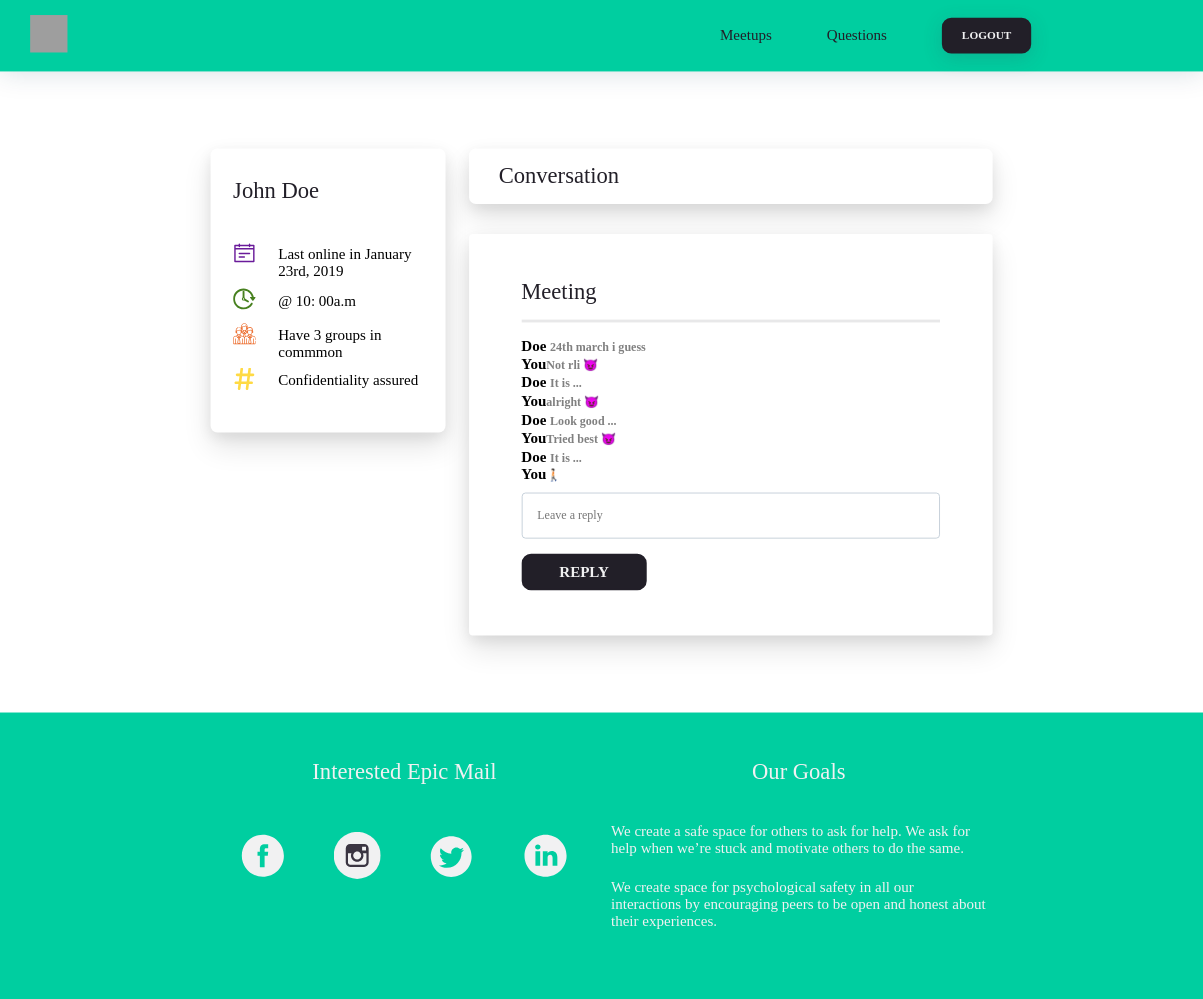
Repository: Gfreedoms/Epic-Mail
Page: pages/individual-messages.html
The author's editor kept a copy of each file at every save. The page is drawn from the files as they stood at one save, then again after the next save.
The browser window is 1280 px wide. The pictures show the whole page, at 94% of full size.
Pictures or frames that could not be fetched are drawn as grey boxes. Some web fonts or font styles are not loaded; a fallback is used.

Above is the page before, as saved 2019-02-28 06:49:05.

### pages/individual-messages.html
<!DOCTYPE html>
<html lang="en">

<head>
	<meta charset="UTF-8">
	<meta name="viewport" content="width=device-width, initial-scale=1.0">
	<meta http-equiv="X-UA-Compatible" content="ie=edge">
	<link rel="apple-touch-icon" sizes="180x180" href="../assets/favicon/apple-touch-icon.png">
	<link rel="icon" type="image/png" sizes="32x32" href="../assets/favicon/favicon-32x32.png">
	<link rel="icon" type="image/png" sizes="16x16" href="../assets/favicon/favicon-16x16.png">
	<link rel="manifest" href="../assets/favicon/site.webmanifest">
	<link rel="mask-icon" href="../assets/favicon/safari-pinned-tab.svg" color="#5bbad5">
	<meta name="msapplication-TileColor" content="#da532c">
	<meta name="theme-color" content="#ffffff">
	<link rel="stylesheet" href="../styles/base.css">
	<link rel="stylesheet" href="../styles/format.css">
	<link rel="stylesheet" href="../styles/questions.css">
	<title>View Groups| Epic Mail - ANDELA BOOTCAMP</title>
</head>

<body>
	<!-- Navigation Section Starts -->
	<section id="navigation">
		<nav class="navbar">
			<a href="../" id="nav-brand">
				<img src="../assets/imgs/logo.svg" alt="">
			</a>
			<ul class="nav-menu">
				<li class="visibility"><a class="hover-t" href="./login.html">Login</a></li>
				<li><a class="hover-t" href="./meetup.html">Meetups</a></li>
				<li><a class="hover-t" href="./questions.html">Questions</a></li>
				<li><a class="reg-btn box-sh-dark hover-lg" href="../">Logout</a></li>
			</ul>
			<a id="menu" href="">
				<img src="../assets/imgs/menu.svg" alt="">
			</a>
		</nav>
	</section>
	<!-- Navigation Section Ends -->

	<!-- SideBar Nav -->
	<ul id="sidebar" class="navbar-side side-hidden">
		<li><a href="./meetup.html">Meetups</a></li>
		<li><a href="./questions.html">Questions</a></li>
		<li><a class="" href="../">Logout</a></li>
	</ul>
	<!-- End SideBar Nav -->
	<div id="details" class="container ptb-5 mauto">
		<div class="side">
			<div class="content card">
				<h3 class="md-text">John Doe</h3>
				<ul class="list-items">
					<li>
						<img src="../assets/imgs/icons/calendar.svg" alt="">
						<span> Last online in January 23rd, 2019</span>
					</li>

					<li>
						<img src="../assets/imgs/icons/time.svg" alt="">
						<span> @ 10: 00a.m</span>
					</li>
					<li>
						<img src="../assets/imgs/icons/people.svg" alt="">
						<span>Have 3 groups in commmon</span>
					</li>
					<li>
						<img src="../assets/imgs/icons/hastag.svg" alt="">
						<span>Confidentiality assured</span>
					</li>
				</ul>
			</div>
		</div>

		<div id="questions">
			<div class="header questions card">
				<h3 class="md-text title">Conversation</h3>
			</div>
			<div class="questions card-lg hover-lg">
				<div class="content pall-1">
					<h3 class="md-text title f-bold">Meeting</h3>
					<div class="divider"></div>

					<div class="comments">
						<p class="sm-text sm ">Doe <span>24th march i guess</span> </p>
						<p class="sm-text sm ">You<span>Not rli 😈</span> </p>
                        <p class="sm-text sm ">Doe <span>It is ...</span> </p>
                        <p class="sm-text sm ">You<span>alright 😈</span> </p>
                        <p class="sm-text sm ">Doe <span>Look good ...</span> </p>
                        <p class="sm-text sm ">You<span>Tried best 😈</span> </p>
						<p class="sm-text sm ">Doe <span>It is ...</span> </p>
						<p class="sm-text sm ">You<span>🚶🏻</span> </p>
					</div>

					<div class="input">
						<textarea name="comment" cols="auto" rows="1" placeholder="Leave a reply"></textarea>
						<a href="./meetup.html" class="btn">Reply</a>
					</div>
				</div>
			</div>

		</div>
	</div>

	<footer class="bg-secondary">
		<div class="container">
			<div class="info-about">
				<h3 class="md-text">Interested Epic Mail</h3>
				<div class="social-links">
					<a href="#!"><img src="../assets/imgs/icons/facebook.svg" alt=""></a>
					<a href="#!"><img src="../assets/imgs/icons/instagram.svg" alt=""></a>
					<a href="#!"><img src="../assets/imgs/icons/twitter.svg" alt=""></a>
					<a href="#!"><img src="../assets/imgs/icons/linkedin.svg" alt=""></a>
				</div>
			</div>
			<div class="additional-info">
				<h3 class="md-text">Our Goals</h3>
				<p class="sm-text sm ">
					We create a safe space for others to ask for help.
					We ask for help when we’re stuck and motivate others to do the same.
				</p>
				<p class="sm-text sm ">
					We create space for psychological safety in all our interactions by encouraging peers to be open and honest about
					their experiences.
				</p>
			</div>
		</div>
	</footer>
	<script src="../scripts/index.js"></script>
</body>

</html>

### styles/base.css
@import url('./fonts.css');

* {
	margin: 0;
	padding: 0;
	box-sizing: border-box;
}

a {
	color: #221F28;
	text-decoration: none;
}

.q-actions {
    display: block;
    margin: 20px 0;
    height: auto;
}

#navigation {
	z-index: 1;
	background: #00cea0;
	/* background: #F1F1F2; */
	width: 100%;
	height: auto;
	padding: 1rem 2rem;
	box-shadow: 0 0 30px rgba(7, 51, 84, .17);
	-webkit-box-shadow: 0 0 30px rgba(7, 51, 84, .17);
	-moz-box-shadow: 0 0 30px rgba(7, 51, 84, .17);
}

#nav-brand img {
    height: 40px;
    width: 40px;
}

.navbar {
	display: grid;
	grid-template-columns: 20% 40%;
	grid-gap: 30%;
	align-items: center;
}

.navbar-side {
	height: 100%;
	background: #F1F1F2;
	position: absolute;
	z-index: 9999;
	width: 350px;
	/* box-shadow: 9px -1px 29px 1px; */
	box-shadow: 13px 0px 22px -10px rgba(35, 31, 41, 0.44);
	padding: 20px;
	list-style-type: none;
}

.navbar-side li {
	padding: 20px 10px;
}

.navbar-side li:hover {
	background: #221F28;
	color: #F1F1F2;
}

.navbar-side li:hover>a {
	color: #F1F1F2;
}

.navbar-side a {
	font-family: 'Circular-Book';
}

.navbar-side a:hover {
	color: #F1F1F2;
}

.side-hidden {
	margin-left: -390px;
	transition: all 0.3s ease-out;
}

.side-active {
	margin-left: 0px;
	transition: all 0.3s ease-in;
}

.nav-menu {
	list-style-type: none;
	display: flex;
	align-items: center;
}

.nav-menu li {
	justify-content: center;
	flex: auto;
	display: flex;
}

.nav-menu a {
	text-decoration: none;
}

.reg-btn {
	background: #221F28;
	color: #F1F1F2;
	padding: 0.8rem 1.2rem;
	line-height: 9px;
	font-weight: 600;
	text-transform: uppercase;
	font-size: 12px;
	border-radius: 10px;
	-webkit-border-radius: 10px;
	-moz-border-radius: 10px;
	display: block;
	transition: all .5s ease;
	-webkit-transition: all .5s ease;
	-moz-transition: all .5s ease;
	border: 2px solid #221F28;
}

.btn {
	background: #221F28;
	color: #F1F1F2;
	padding: 1.5rem 1rem;
	line-height: 9px;
	font-weight: 600;
	text-transform: uppercase;
	font-size: 1.5rem;
	border-radius: 10px;
	-webkit-border-radius: 10px;
	-moz-border-radius: 10px;
	display: block;
	transition: all .5s ease;
	-webkit-transition: all .5s ease;
	-moz-transition: all .5s ease;
	border: 2px solid #221F28;
	text-align: center;
}

.cta-btn {
	background: #F1F1F2;
	color: #221F28;
	font-family: 'Circular-Bold';
	margin: 2rem 0;
	padding: 0.8rem 1.2rem;
	line-height: 2rem;
	font-size: 2rem;
	font-weight: 600;
	text-transform: uppercase;
	font-size: 1rem;
	border-radius: 10px;
	-webkit-border-radius: 10px;
	-moz-border-radius: 10px;
	transition: all .5s ease;
	-webkit-transition: all .5s ease;
	-moz-transition: all .5s ease;
	border: 2px solid #F1F1F2;
}

.btn.sm {
	width: 40%
}

.box-sh-dark {
	-webkit-box-shadow: 0 5px 20px rgba(51, 73, 90, .2);
	box-shadow: 0 5px 20px rgba(51, 73, 90, .2);
}

#section-hero {
	padding-top: 130px;
	padding-bottom: 130px;
	background-color: #393541;
	background-image: url("data:[embedded picture, 478 characters]");
	background-attachment: fixed;
	background-size: cover;
	background-repeat: no-repeat;
	background-position: 50%;
	min-height: 600px;
	position: relative;
	width: 100%;
	display: flex;
	align-items: CENTER;
}

/* @media screen and (max-width:1680px) {} */

@media screen and (min-width: 1680px) {
	.rsvp span {
		padding: 1rem 1.4rem !important;
		color: white !important;
		border-radius: 6px !important;
		cursor: pointer !important;
	}

	.nav-menu a.hover-t {
		font-size: 1.7rem !important;
	}

	.meetups span {
		font-size: 1.4rem !important;
	}

	.m1 {
		margin-top: 3rem !important;
		margin-bottom: 0.6rem !important;
	}

	#section-hero {
		background-position: 50%;
	}

	.nav-menu a.hover-t {
		font-size: 1.3rem;
	}

	.nav-menu a {
		text-decoration: none;
		font-size: 1.1rem;
	}

	.reg-btn {
		padding: 1.5rem 1.6rem 1.5rem;
	}

	.bg-text {
		font-size: 4rem !important;
	}

	.md-text {
		font-size: 2.2rem !important;
		margin-bottom: 1rem !important;
	}

	.sm-text {
		font-size: 1.5rem !important;
	}
}

.container {
	width: 75%;
	margin: 0 auto;
}

.w-sm {
	width: 80% !important;
}

.w-md {
	width: 60% !important;
}

.w-lg {
	width: 40% !important;
}

.hero-text {
	height: 100%;
}

.bg-text,
.md-text,
.sm-text {
	color: #F1F1F2;
}

.bg-text {
	margin-bottom: 1.5rem;
	font-family: 'Circular-Bold';
	font-weight: 700;
	font-size: 3rem;
}

.md-text {
	margin-bottom: 2rem;
	font-family: 'Circular-Book';
	font-weight: 400;
	font-size: 1.5rem;
}

.sm-text {
	margin-bottom: 1.5rem;
	font-family: 'Circular-Light';
	font-weight: 400;
	font-size: 1rem;
}

.info-section,
.info-platform,
.info-expl {
	padding: 3rem 0;
	min-height: 50%;
}

.info-section,
.info-expl {
	background: #F1F1F2;
}

.info-platform {
	background: #C5CFD9;
}

.info-section .container,
.info-platform .container,
.info-expl .container {
	display: grid;
	grid-template-columns: 1fr 1fr;
	/* padding: 50px; */
}

.side {
	margin-top: 2rem;
	margin-bottom: 2rem;
	position: relative;
}

.info-section p,
.info-section h3,
.info-platform p,
.info-platform h3,
.info-expl p,
.info-expl h3 {
	color: #221F28;
}

.bg-primary {
	background: #221F28;
}

.bg-secondary {
	background: #00cea0;
}

.info-desc {
	flex: 1;
	align-items: center;
	display: flex;
	flex-direction: column;
	justify-content: center;
}

.info-action {
	text-align: center;
}

.card {
	border-radius: .45rem;
	background: #ffffff;
	box-shadow: 0 15px 30px 0 rgba(0, 0, 0, .11), 0 5px 15px 0 rgba(0, 0, 0, .08);
}

.card-lg {
	border-radius: .25rem;
	background: #ffffff;
	box-shadow: 0 15px 30px 0 rgba(0, 0, 0, .11), 0 5px 15px 0 rgba(0, 0, 0, .08);
}

.mauto {
	margin-left: auto;
	margin-right: auto;
}

.m4 {
	margin-top: 5rem;
	margin-bottom: 5rem;
}

.m3 {
	margin-top: 3rem;
	margin-bottom: 3rem;
}

.m2 {
	margin-top: 2rem;
	margin-bottom: 2rem;
}

.m1 {
	margin-top: 0.6rem;
	margin-bottom: 0.6rem;
}

.p4 {
	padding-top: 5rem;
	padding-bottom: 5rem;
}

.p3 {
	padding-top: 3rem;
	padding-bottom: 3rem;
}

.p2 {
	padding-top: 2rem;
	padding-bottom: 2rem;
}

.p1 {
	padding-top: 0.6rem;
	padding-bottom: 0.6rem;
}

.t-al {
	text-align: center !important;
}

form label {
	font-weight: 600;
	text-transform: uppercase;
	font-size: 0.8rem;
	font-family: 'Circular-Book';
}

form .reg-btn {
	text-align: center;
}

#login-form {
	width: 350px;
}

#login-form h3,
#q-wrapper h3 {
	color: #221F28;
	text-transform: uppercase;
	font-weight: 800;
	text-align: center;
	/* border-bottom: 4px solid #221F28; */
}

.input {
	display: grid;
	grid-template-columns: 1fr;
	margin-top: 10px;
}

.input input {
	padding-left: 1rem;
	padding-right: 1rem;
	font-family: 'Circular-Light';
	font-size: 0.8rem;
	border: 1px solid #C5CFD9;
	background: #ffffff;
}

.input textarea {
	padding-left: 1rem;
	padding-right: 1rem;
	font-family: 'Circular-Light';
	font-size: 0.8rem;
	border: 1px solid #C5CFD9;
	background: #ffffff;
}

.input select {
	border: 1px solid #C5CFD9;
	padding: 0.4rem 0.5rem;
	height: 2rem;
}

.b-rsm {
	border-radius: 8px;
}

#menu {
	display: none;
}

#menu img {
	height: 30px;
}

img {
	height: 15rem;
	width: auto;
}

footer {
	padding: 50px 10px;
}

footer .container {
	display: grid;
	grid-template-columns: 1fr 1fr;
	/* margin-bottom: 50px; */
	grid-gap: 20px;
}

footer h3 {
	/* padding-bottom: 1rem; */
	/* border-bottom: 4px solid #F1F1F2; */
	text-align: center;
}

.social-links {
	display: grid;
	grid-template-columns: 1fr 1fr 1fr 1fr;
	margin-top: 50px;
}

.social-links img {
	height: 50px;
}

.social-links a {
	text-align: center;
}

.info-about h3 {
	margin-bottom: 0 !important;
}

.b-danger {
	background: #F01D43 !important;
}

.b-mild {
	background: #80808094 !important;
	color: #ffffff !important;
}

.b-success {
	background: #00cea0 !important;
}

.b-wicked {
	background: #ff003b !important;
}

/*
.b-wicked {
	background: #6a1b9a !important;
} */

.header {
	display: grid;
	grid-template-columns: 1fr 1fr;
	align-items: center;
}

.hover-t:hover {
	color: purple;
}

.hover-lg:hover {
	cursor: pointer;
	transform: scale(1.009, 1.009);
	-webkit-box-shadow: 2px 2px 20px 0px rgba(128, 128, 128, 0.74);
	-moz-box-shadow: 2px 2px 20px 0px rgba(128, 128, 128, 0.74);
	box-shadow: 2px 2px 20px 0px rgba(128, 128, 128, 0.74);
	transition: all 0.8s cubic-bezier(0.165, 0.84, 0.44, 1);
}

.visibility {
	visibility: hidden;
}

/* MEDIA QUERIES */
@media all and (max-width: 850px) {
	.navbar {
		grid-template-columns: 20% 60%;
		grid-gap: 20%;
	}
}

@media all and (max-width: 850px) {
	.nav-menu {
		display: none;
	}

	#menu {
		display: block;
		text-align: right;
	}
}

@media all and (max-width: 1050px) {
	.navbar {
		grid-template-columns: 20% 60%;
		grid-gap: 20%;
	}
}

@media all and (max-width: 350px) {
	img {
		height: 12rem;
		width: auto;
	}

	.social-links img {
		height: 40px;
	}
}

@media all and (max-width: 670px) {
	.social-links {
		margin-top: 25px;
	}

	.info-about {
		margin-bottom: 25px;
	}

	.nav-menu {
		flex-wrap: wrap;
	}

	.nav-menu>li {
		flex-basis: 50%;
	}

	.info-section .container,
	.info-platform .container,
	.info-expl .container {
		grid-template-columns: 1fr;
	}

	footer .container {
		grid-template-columns: 1fr;
		grid-gap: 10px;
	}
}

@media all and (max-width: 400px) {
	.nav-menu>li {
		flex-basis: 100%;
	}

	.intro a {
		width: 100% !important;
	}

	.btn {
		background: #221F28;
		color: #F1F1F2;
		padding: 0.8rem 1rem;
		line-height: 9px;
		font-weight: 600;
		text-transform: uppercase;
		font-size: 1rem;
		border-radius: 10px;
	}
}

@media all and (min-width: 576px) {
	.hide-lg {
		display: none !important;
	}
}

@media all and (max-width: 576px) {
	.hide-sm {
		display: none !important;
	}
}

@media all and (max-width: 450px) {
	.container {
		width: 80%;
	}

	#login-form {
		width: auto;
	}
}

@media all and (max-width: 400px) {
	.hero-text {
		top: 40%;
		width: 70%;
		left: 10%;
	}

	.md-text {
		font-family: 'Circular-Book';
		margin-bottom: 1rem;
		font-weight: 100;
		font-size: 1.2rem;
	}

	form label {
		font-family: 'Circular-Light';
	}

	.f-bold {
		font-family: 'Circular-Book' !important;
	}

	.bg-text {
		margin-bottom: 1.3rem;
		font-family: 'Circular-Book';
		font-weight: 400;
		font-size: 2rem;
	}

	.cta-btn {
		font-size: 0.7rem;
		padding: 0.4rem 1rem;
	}
}

@media (min-width: 576px) {
	.w-auto {
		width: 75% !important;
	}

	.container {
		width: 85%;
	}
}

@media (min-width: 768px) {
	.w-auto {
		width: 40% !important;
	}

	.container {
		width: 85%;
	}
}

@media (min-width: 992px) {
	.w-auto {
		width: 35% !important;
	}

	.container {
		width: 70%;
	}
}

@media (min-width: 1200px) {
	.w-auto {
		width: 40% !important;
	}

	.container {
		width: 65%;
	}
}

/* END MEDIA QUERIES */

### styles/format.css
.is-danger {
	color: red;
}

.divider {
	height: 0.2rem;
	background: #221F28;
	opacity: 0.1;
	margin: 1rem auto;
	width: 100%;
}

table {
	width: 750px;
	border-collapse: collapse;
	margin: 50px auto;
}

/* Zebra striping */
tr:nth-of-type(odd) {
	background: #eee;
}

th {
	background: #221F28;
	color: white;
	font-weight: bold;
}

td,
th {
	padding: 10px;
	border: 1px solid #ccc;
	text-align: left;
	font-size: 18px;
}

@media only screen and (max-width: 760px),
(min-device-width: 768px) and (max-device-width: 1024px) {

	table {
		width: 100%;
	}

	/* Force table to not be like tables anymore */
	table,
	thead,
	tbody,
	th,
	td,
	tr {
		display: block;
	}

	thead tr {
		position: absolute;
		top: -9999px;
		left: -9999px;
	}

	tr {
		border: 1px solid #ccc;
	}

	td {
		border: none;
		border-bottom: 1px solid #eee;
		position: relative;
		padding-left: 50%;
	}

	td:before {
		position: absolute;
		/* Top/left values mimic padding */
		top: 6px;
		left: 6px;
		width: 45%;
		padding-right: 10px;
		white-space: nowrap;
		/* Label the data */
		content: attr(data-column);

		color: #000;
		font-weight: bold;
	}

	tbody tr {
		padding: 1rem;
	}
}

.m1 {
	margin-top: 0.8rem !important;
	margin-bottom: 0.8rem !important;
}

.pagination {
	text-align: center;
	margin: 2rem auto;
}

.pagination span {
	padding: 10px;
	border-radius: 2px;
	font-family: 'Circular-Book';
	font-weight: 600;
	font-size: 1rem;
	margin: 0 5px;
}

@media screen and (min-width: 1680px) {
	.reg-btn {
		padding: 1.5rem 1.6rem 1.5rem;
		font-size: 1rem;
	}

	.input {
		margin-top: 2rem;
	}

	.nav-menu a.hover-t {
		font-size: 1.4rem !important;
	}
}

### styles/questions.css
.ptb-5 {
	padding: 50px 0;
}

.pall-1 {
	padding: 1rem;
}

.highlight {
	margin: 1rem 0;
	font-style: italic;
	font-family: 'Circular-Book';
	font-weight: 400;
}

.questions {
	padding: 1rem 2rem;
	margin-top: 2rem;
	margin-bottom: 2rem;
}

.questions .md-text {
	margin-bottom: 0 !important;
}

.header.questions a {
	padding: 0.8rem 1.2rem;
	margin-bottom: 0;
	font-size: 1rem;
	text-align: right;
}

.media {
	grid-template-columns: 1fr 1fr;
	display: grid;
}

.media div {
	display: grid;
	grid-template-columns: 1fr 1fr;
	align-items: self-end;
}

#details {
	display: grid;
	grid-template-columns: 30% 67%;
	grid-gap: 3%;
}

.content {
	min-height: 30vh;
	padding: 2rem 1.5rem;
}

.content .md-text {
	color: #221F28;
	font-size: 1.2rem;
}

.list-items {
	text-decoration: none;
}

.list-items li {
	display: grid;
	grid-template-columns: 1fr 9fr;
	margin: 0.8rem 0;
}

.list-items span {
	font-family: 'Circular-Book';
	font-size: 0.8rem;
	position: relative;
	top: 5px;
	margin-left: 1.5rem;

}

.list-items img {
	height: 1.5rem;
}

.questions .img {
	height: 100px;
	border-radius: 50%;
}

.questions a>img {
	height: 1rem;
}

.questions span {
	font-weight: 600;
	font-family: "Circular-Book";
	color: grey;
	font-size: 0.7rem;
}

.questions textarea {
	border-radius: 0.25rem;
	resize: none;
	padding: 1rem;
	margin-bottom: 1rem;
}

.questions .btn {
	width: 30%;
}

.q-actions {
	display: flex;
	flex-direction: row;
	margin: 20px 0;
	height: auto;
}

.q-actions span {
	margin-right: 1rem;
}

.q-actions span a {
	margin-right: 5px;
}

.q-actions span:nth-child(2) img,
.q-actions span:nth-child(3) img {
	position: relative;
	top: 6px;
}

.title {
	color: #221F28;
}

.intro a {
	width: 30%;
}

.intro h3 {
	color: #221F28;
	margin-bottom: 1rem;
}

.comments {
	margin-bottom: 0.5rem;
}

.comments .md-text,
.comments .sm-text {
	margin-bottom: 0.1rem;
}

.comments p {
	font-weight: 600;
	font-family: "Circular-Book";
	color: inherit;
	font-size: 0.8rem;
}

.comments span {
	font-weight: 600;
	font-family: "Circular-Light";
	color: grey;
	font-size: 0.7rem;
}

a.sm-text {
	color: inherit;
	font-family: 'Circular-book';
	font-size: 0.6rem;
	letter-spacing: 0.89px;
	text-decoration: underline;
}

.btn {
	padding: 0.8rem 1rem;
	line-height: 9px;
	font-weight: 600;
	font-size: 1rem;
}

.sm-text.sm {
	font-size: 1rem !important;
}

.comments span {
	font-size: 0.8rem !important;
}

@media screen and (max-width: 480px) {
	.header.questions {
		grid-template-columns: 1fr 1fr;
	}

	.questions .md-text {
		font-size: 1.1rem !important;
	}

	.sm-text.sm {
		font-size: 0.8rem !important;
	}

	.comments span {
		font-size: 0.7rem !important;
	}

	a.sm-text {
		font-size: 0.7rem !important;
	}
}

@media screen and (min-width: 1680px) {
	.questions textarea {
		font-size: 1.3rem !important;
	}

	.questions a>img {
		height: 1.5rem;
	}

	.questions span {
		font-size: 1rem;
	}

	.sm-text.sm {
		font-size: 0.8rem !important;
	}

	.comments p {
		font-weight: 400;
	}

	.comments span {
		font-size: 0.8rem !important;
	}
}

.md-text {
	font-size: 1.5rem !important;
	margin-bottom: 2.5rem !important;
}

p.sm-text {
	font-size: 1.3rem !important;
}

.comments span {
	font-weight: 600;
	font-family: "Circular-Light";
	color: grey;
	font-size: 1rem;
}

.sm-text {
	font-size: 1.3rem !important;
}

.content.card span {
	font-size: 1rem !important;
}

@media (max-width: 576px) {
	.questions {
		grid-template-columns: 1fr;
	}

	.questions {
		padding: 1rem 1.3rem;
	}

	.content {
		min-height: 30vh;
		padding: 1.3rem 1rem;
	}

	.questions .img {
		height: 70px;
		border-radius: 50%;
	}

	.questions .btn {
		width: 50%;
	}

	.media div {
		display: grid;
		grid-template-columns: 1fr 1fr;
		align-items: self-end;
		margin-left: 0.3rem;
	}

	.questions .btn {
		width: 50%;
	}

	.intro a {
		width: 45%;
	}
}


@media (min-width: 576px) {
	.media div {
		display: grid;
		grid-template-columns: 1fr 1fr;
		/* align-items: self-end; */
		margin-left: 0.3rem;
	}

	.media {
		grid-template-columns: 1fr;
		grid-gap: 10px;
	}
}

@media screen and (max-width: 660px) {
	#details {
		grid-template-columns: 1fr;
		grid-gap: 0;
	}

	.side {
		margin-top: 0;
		margin-bottom: 0;
	}
}

### scripts/index.js
(function () {
  function togggleSidebar(e) {
    e.preventDefault();
    const sideBar = document.getElementById('sidebar');
    sideBar.classList.toggle('side-active');
    sideBar.classList.toggle('side-hidden');
  }
  const menu = document.getElementById('menu');
  menu.addEventListener('click', togggleSidebar, false);
}());

### styles/fonts.css
@font-face {
	font-family: "Circular-Light";
	src:
		url("../assets/fonts/Circular-Light.woff") format("woff");
}
@font-face {
	font-family: "Circular-Book";
	src:
		url("../assets/fonts/Circular-Book.woff") format("woff");
}
@font-face {
	font-family: "Circular-Bold";
	src:
		url("../assets/fonts/Circular-Bold.woff") format("woff");
}

* {
	font-family: 'Circular-Light';
}

After the next save:
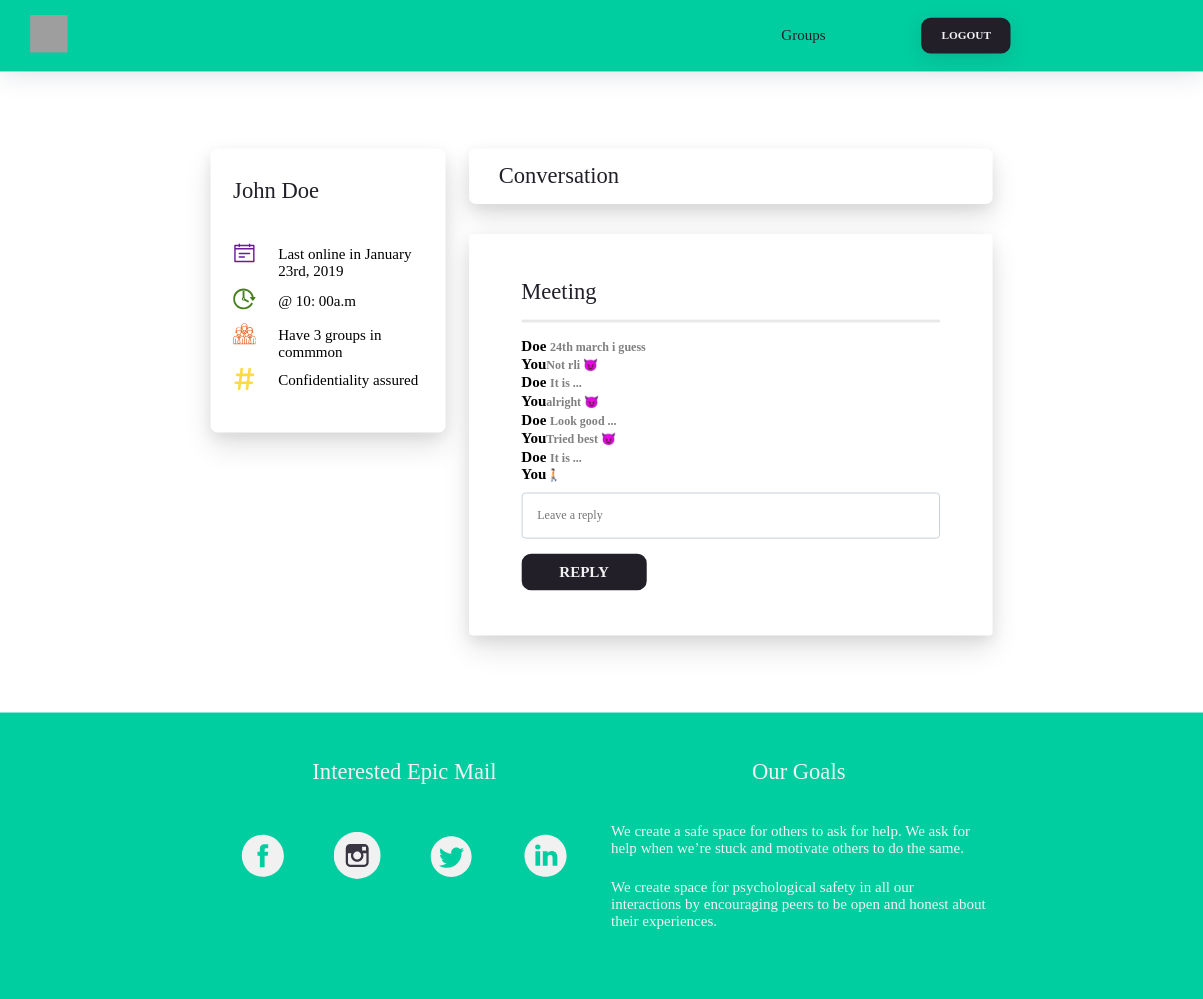
Saved 4 min 27 s later.
--- a/pages/individual-messages.html
+++ b/pages/individual-messages.html
@@ -27,8 +27,7 @@
 			</a>
 			<ul class="nav-menu">
 				<li class="visibility"><a class="hover-t" href="./login.html">Login</a></li>
-				<li><a class="hover-t" href="./meetup.html">Meetups</a></li>
-				<li><a class="hover-t" href="./questions.html">Questions</a></li>
+				<li><a class="hover-t" href="./groups.html">Groups</a></li>
 				<li><a class="reg-btn box-sh-dark hover-lg" href="../">Logout</a></li>
 			</ul>
 			<a id="menu" href="">
@@ -40,9 +39,9 @@
 
 	<!-- SideBar Nav -->
 	<ul id="sidebar" class="navbar-side side-hidden">
-		<li><a href="./meetup.html">Meetups</a></li>
-		<li><a href="./questions.html">Questions</a></li>
-		<li><a class="" href="../">Logout</a></li>
+
+		<li><a href="./questions.html">Groups</a></li>
+		<li><a class="" href="../index.html">Logout</a></li>
 	</ul>
 	<!-- End SideBar Nav -->
 	<div id="details" class="container ptb-5 mauto">
@@ -93,7 +92,7 @@
 
 					<div class="input">
 						<textarea name="comment" cols="auto" rows="1" placeholder="Leave a reply"></textarea>
-						<a href="./meetup.html" class="btn">Reply</a>
+						<a href="#" class="btn">Reply</a>
 					</div>
 				</div>
 			</div>
